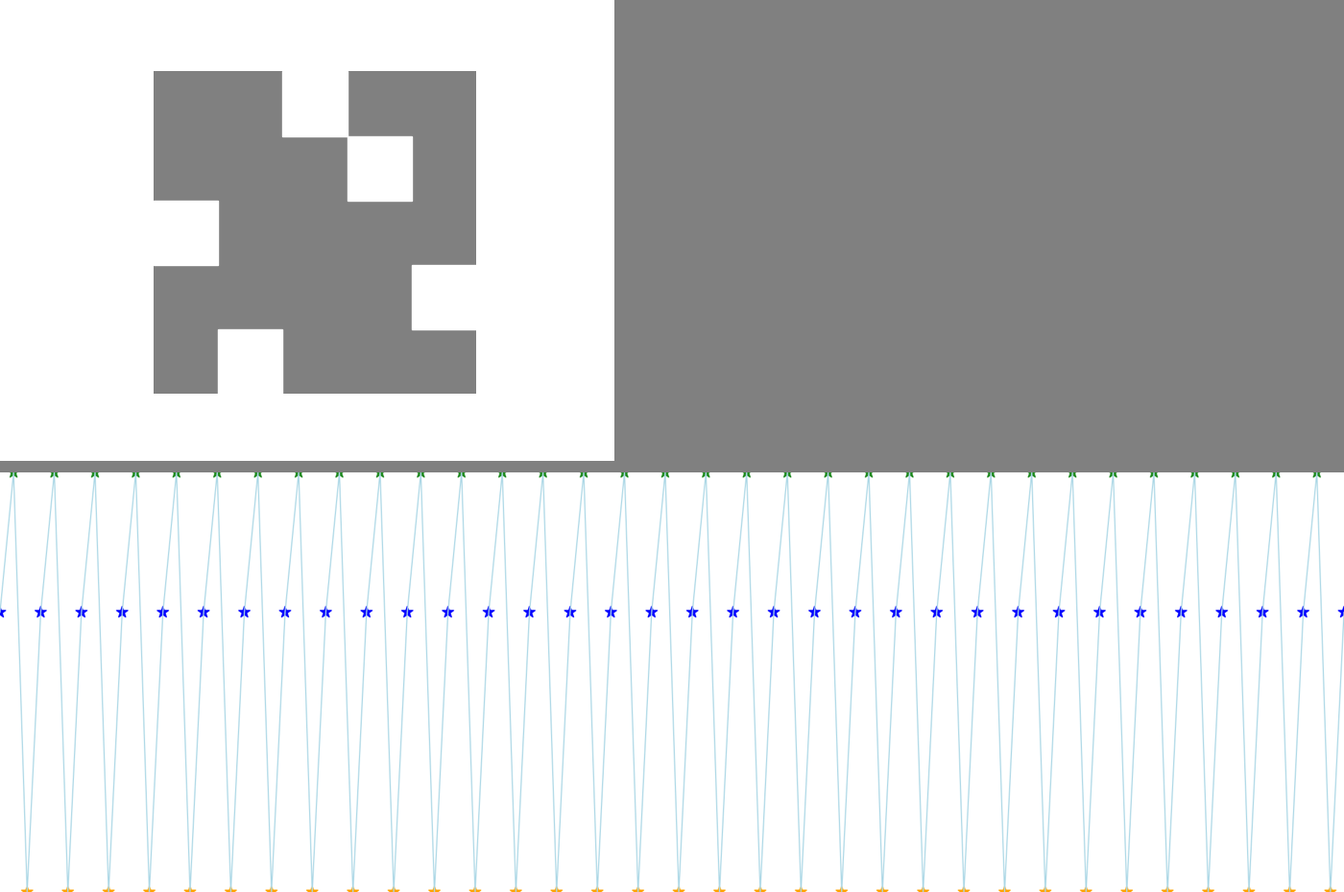
Repository: Carty-Bao/BNPHMM
Script's output: python code/synth.py
The author's editor kept a copy of each file at every save. The script's output is drawn from the files as they stood at one save, then again after the next save.
The pictures are shown at 96% of full size.
Each picture stacks the figures in order, with grey between them; figures that are only written to a file come last. Figures wider than 1,400 px are first shrunk to that width. Random numbers start from a fixed seed.

Above is the script's output before, as saved 2022-08-18 15:05:21.

After the next save:
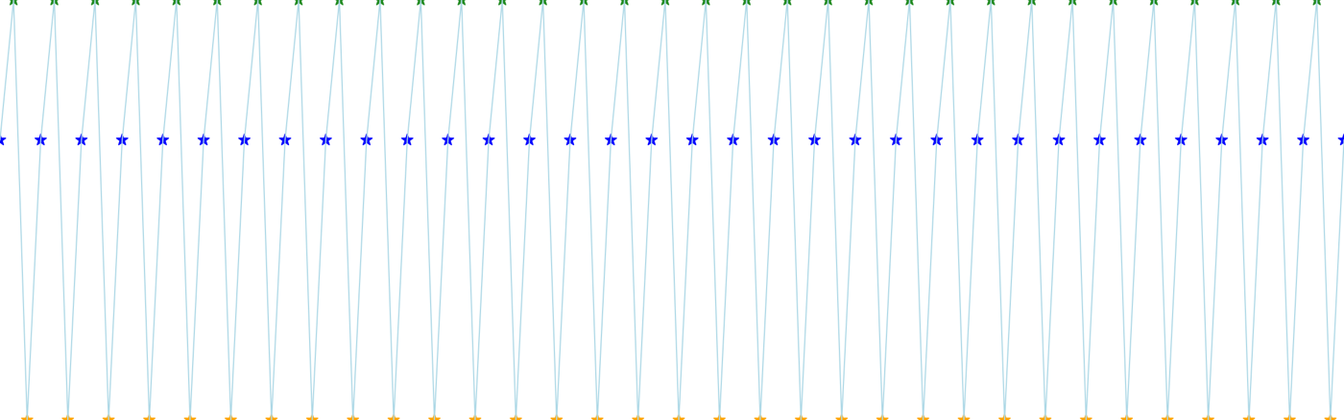
Saved 6 h 5 min later.
--- a/code/synth.py
+++ b/code/synth.py
@@ -98,7 +98,6 @@ def Non_ideal_HMM(N, K, XDim=1, mu_sd_factor=0, L=10, spur_ratio=0, miss_ratio=0
     beta = 0.1 #intial dist params.
     pik = np.random.dirichlet(beta*np.ones(K)) #distribution over initial state p(l_0)
     A = alpha / np.reshape(alpha.sum(axis=1),(K,1))#把alpha归一化
-    hinton(A)
     # mu = np.array([np.random.multivariate_normal(np.zeros(XDim),20*np.eye(XDim)) for _ in range(K)]) #每个类别的均值
     if mu == None:
         mu = np.array([[100+10*i] for i in range(K)])
